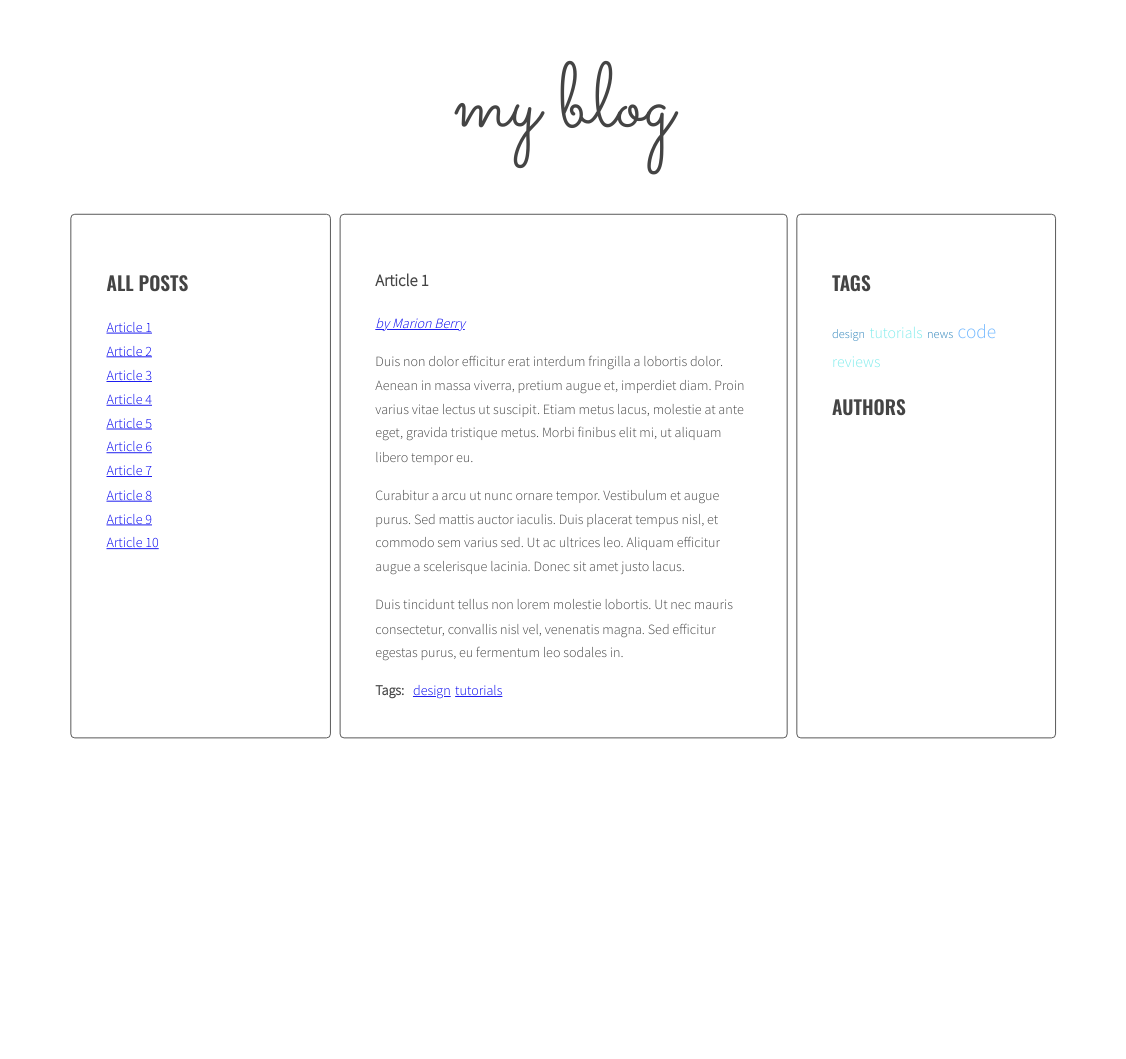
Repository: ulasup/javascript-blog
Page: index.html
The author's editor kept a copy of each file at every save. The page is drawn from the files as they stood at one save, then again after the next save.
The browser window is 1280 px wide. The pictures show the whole page, at 88% of full size.
The style sheet was rebuilt from its Sass, Less or Tailwind sources for each picture, by a compiler version that may differ from the author's.

Above is the page before, as saved 2020-12-21 18:28:27.

After the next save:
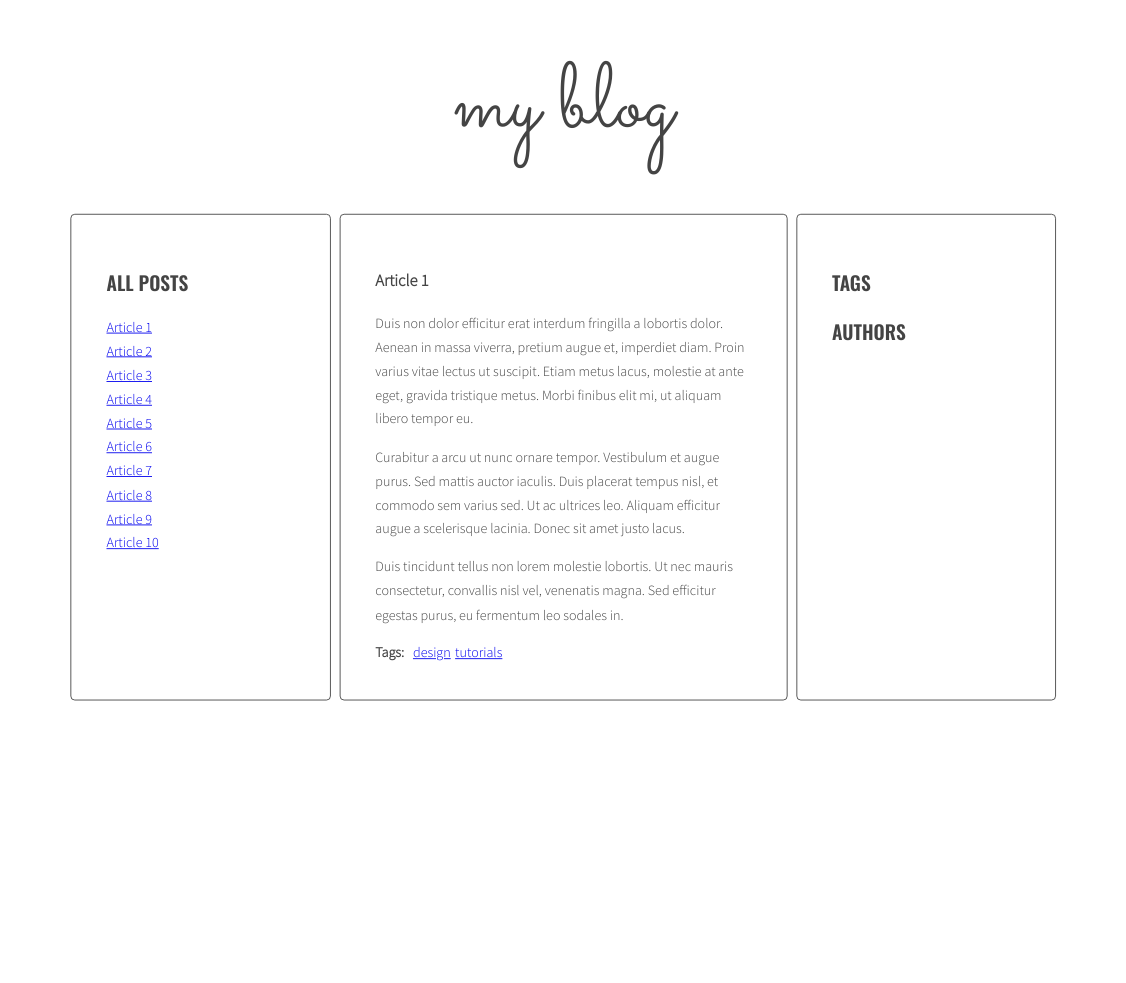
Console error: TypeError: Cannot set properties of null (setting 'innerHTML')
Saved 3 days later.
--- a/js/script.js
+++ b/js/script.js
@@ -25,7 +25,7 @@
   optTitleSelector = '.post-title',
   optTitleListSelector = '.titles',
   optArticleTagsSelector = '.post-tags .list',
-  optTagsListSelector = '.tags.list',
+  optTagsListSelector = '.tags .list',
   optArticleAuthorSelector = '.post-author',
   optCloudClassCount = 5,
   optCloudClassPrefix = 'tag-size-';

After the save that followed:
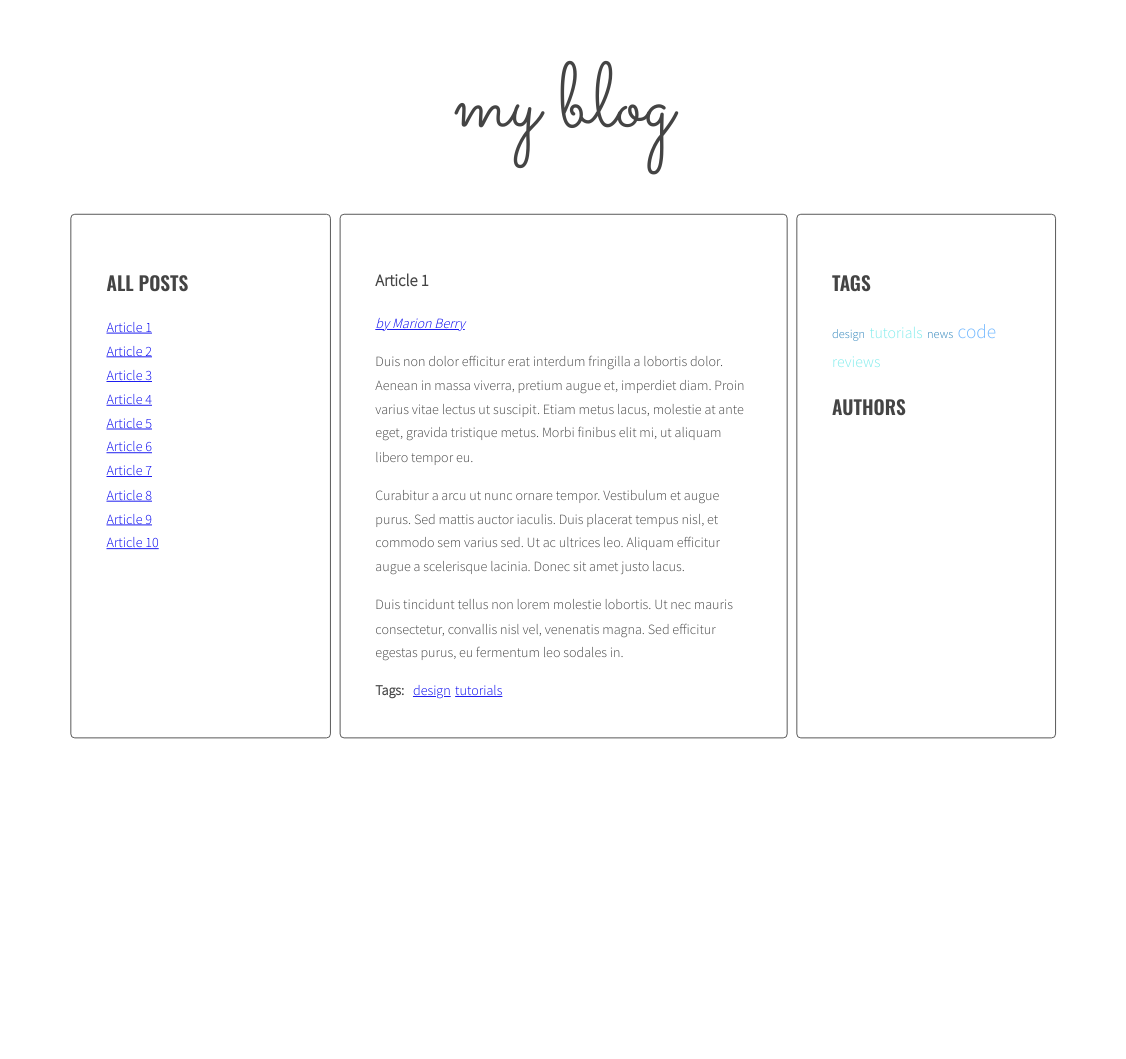
The error is gone.
Saved 13 s later.
--- a/js/script.js
+++ b/js/script.js
@@ -25,7 +25,7 @@
   optTitleSelector = '.post-title',
   optTitleListSelector = '.titles',
   optArticleTagsSelector = '.post-tags .list',
-  optTagsListSelector = '.tags .list',
+  optTagsListSelector = '.tags.list',
   optArticleAuthorSelector = '.post-author',
   optCloudClassCount = 5,
   optCloudClassPrefix = 'tag-size-';
